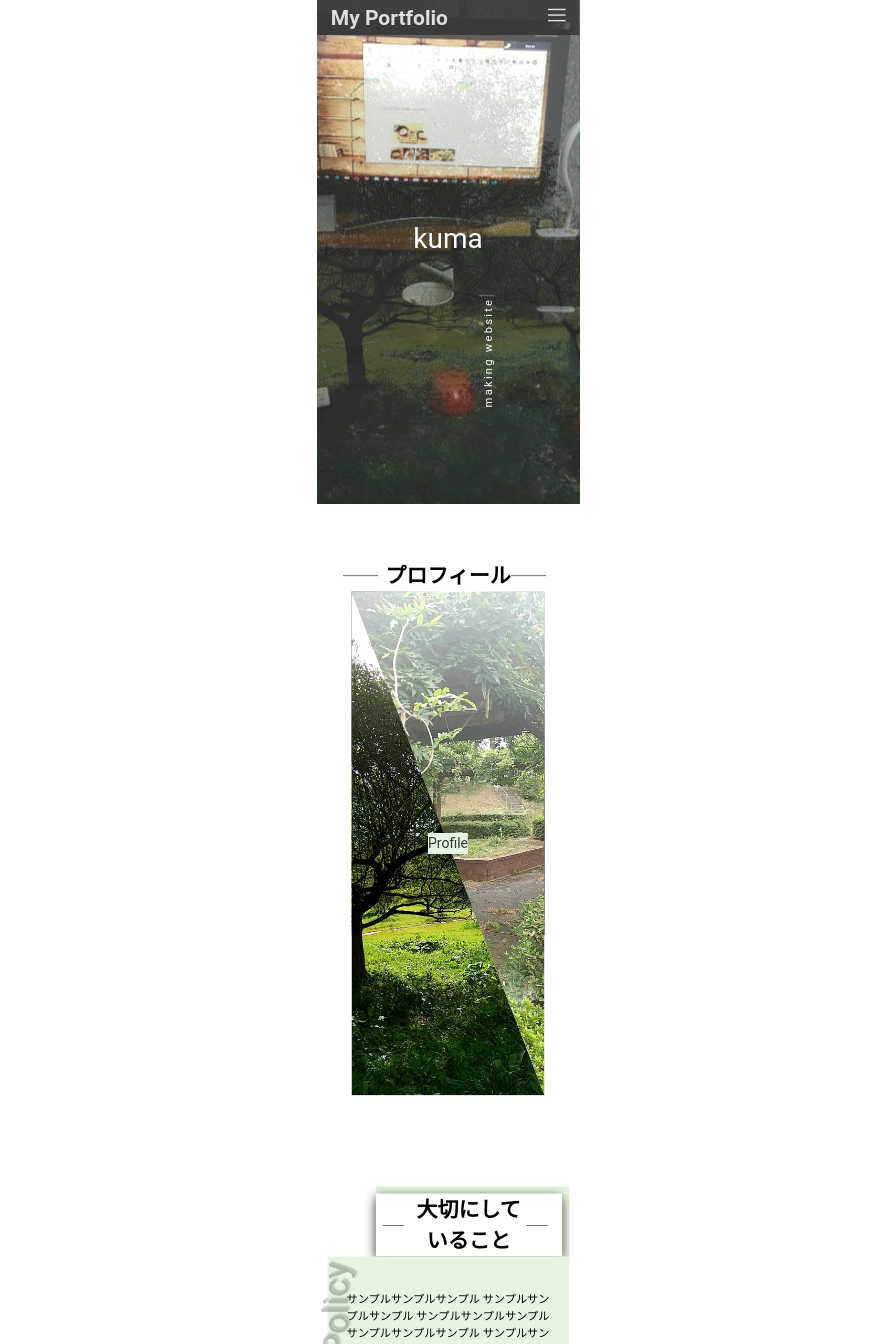
Repository: ppmp556/portfolio6
Page: index copy.html
An editor plug-in stored every save of this project. The page is shown before and after the next save, followed by the edit.
The browser window is 1280 px wide. The pictures show the part of the page from y = 0 to 1920 px (the page is 4073 px tall before and 4564 px after), at 70% of full size.
Some web libraries are served in a nearby version. The style sheet was rebuilt from its Sass, Less or Tailwind sources for each picture, by a compiler version that may differ from the author's.

Above is the page before, as saved 2020-10-26 16:22:51.

### index copy.html
<!DOCTYPE html>
<html ja>
  <head>
    <meta charset="utf-8" />
    <meta
      name="viewport"
      content="width=device-width, initial-scale=1.0, maximum-scale=1.0, minimum-scale=1.0"
    />
    <title>ポートフォリオ</title>
    <link rel="stylesheet" href="css/faundation.css" />
    <link rel="stylesheet" href="css/main.css" />
    <link
      href="https://use.fontawesome.com/releases/v5.6.1/css/all.css"
      rel="stylesheet"
    />
    <script src="https://ajax.googleapis.com/ajax/libs/jquery/3.4.1/jquery.min.js"></script>
  </head>

  <body>
    <div class="container">

      <div class="kv" id="kv_slide">
        <div class="kv_container">
          <img src="images/道.jpg" alt="" class="kv_img">
          <img src="images/仕事場.jpg" alt="" class="kv_img">
          <img src="images/木.jpg" alt="" class="kv_img">



          <!-- <div class="kv_wrapper line"> -->
            <div class="kv_txtbox">

              <p class="kv_ttl">
                kuma
                  <!-- ポートフォリオ<span class="line_type">|</span> -->
              </p><!-- /.kv_animetype -->
              <p class="kv_txt line">making website<span class="line_type">|</span></p><!-- /.kv_txt -->


            <!-- </div> -->
            </div><!-- /.kv_txtbox -->
          <!-- /.kv_wrapper -->
        </div><!-- /.kv_container -->
      </div>
      <!-- /#kv.kv -->

      <header class="header" id="top">
        <div class="header_inner flex">
          <h1 class="header_ttl"><a href="index.html">My Portfolio</a></h1>
          <!-- /.header_ttl -->

          <nav class="nav">
            <!-- ハンバーガーメニュー部分 -->

            <div class="nav_ham" id="nav_toggle">
              <span class="nav_line tg1"></span>
              <span class="nav_line tg2"></span>
              <span class="nav_line tg3"></span>
            </div>
            <!-- ハンバーガーメニューここまで -->

            <ul class="nav_list flex">
              <div class="nav_inner">
                <li class="nav_item">
                  <a href="#Top" class="nav_link">TOP</a>
                </li>
                <!-- /.nav_item -->
                <li class="nav_item">
                  <a href="#about" class="nav_link">Profile</a>
                </li>
                <!-- /.nav_item -->
                <li class="nav_item">
                  <a href="#skill" class="nav_link">Skill</a>
                </li>
                <!-- /.nav_item -->
                <li class="nav_item">
                  <a href="#blog" class="nav_link">Blog</a>
                </li>
                <!-- /.nav_item -->
                <li class="nav_item">
                  <a href="#create" class="nav_link">Create</a>
                </li>
                <!-- /.nav_item -->
              </div><!-- /.nav_inner -->
            </ul>
            <!-- /.nav_list -->
          </nav>
          <!-- /.nav -->
        </div><!-- /.header_inner -->
      </header>
      <!-- /.header -->



      <main class="main_container">
        <div class="inner">

          <section class="about" id="about">
            <h2 class="section_ttl">プロフィール</h2>
            <!-- /.section_ttl -->

            <div class="section_inner">
              <p class="about_txt">
                Lorem ipsum dolor sit amet consectetur adipisicing elit. Accusamus laudantium aperiam quis, voluptates nihil asperiores eaque, eligendi quisquam amet animi perspiciatis ex quia inventore maxime, iusto et magni delectus fugit.
              </p><!-- /.about_txt -->

              <div class="about_clip clip1">
                <div class="about_content">
                  <div class="about_imgbox">
                    <img src="images/アイコン.jpg" alt="" class="about_img">
                    <div class="about_share">
                      <a href="" class="about_share_icon">
                        <i class="fab fa-twitter fa-2x share"></i>
                        <p class="about_sharetxt">Twittreアカウント：ぱぺまぺ</p>
                        <!-- /.about_sharetxt --> </a
                      ><!-- /.about_share_icon -->
                        <br>
                      <!-- <a -->
                        <!-- href="https://twitter.com/share" -->
                        <!-- class="twitter_share_button" -->
                        <!-- data-via="webgaku" -->
                        <!-- data-lang="ja" -->
                        <!-- >ツイート</a -->
                      <!-- > -->
                        <!-- <br> -->
                      <a
                        href="https://twitter.com/ppmp65"
                        class="twitter_follow_button"
                        data-show-count="false"
                        data-lang="ja"
                        >@ppmp65さんをフォロー</a
                      >
                    </div>
                    <!-- /.about_share -->
                  </div>
                  <!-- /.about_imgbox -->
                </div>
                <!-- /.about_content -->
              </div><!-- /.about_clip -->


              <div class="about_clip clip2">
                <div class="about_content __aboutblock">
                  <div class="about_imgbox">
                    <img src="/images/IMG_20190603_225315.jpg" alt="" class="about_img">
                  </div><!-- /.about_imgbox -->
                  <p class="about_txt">
                    はじめまして、福島県を拠点に活動するフリーランスエンジニアの熊田といいます。<br />
                  </p>
                  <!-- /.about_txt -->
                </div>
                <!-- /.about_content -->

              </div><!-- /.about_clip -->
            </div>
            <!-- /.section_inner -->
          </section>
          <!-- /#about.about -->



          <section class="policy" id="policy">
            <div class="section_ttlwrap">
              <h2 class="section_ttl">大切にしていること</h2>
            </div><!-- /.section_ttlwrap -->
            <!-- /.section_ttl -->

            <div class="policy_animebox">
              <div class="policy_anime">
                <p class="policy_txt">
                  <!-- 小さなことからコツコツと毎日やる。<br /> -->
                  <!-- 毎日1mmでもいいから前にすすめる。 -->
                  サンプルサンプルサンプル
                  サンプルサンプルサンプル
                  サンプルサンプルサンプル
                  サンプルサンプルサンプル
                  サンプルサンプルサンプル
                </p>
                <!-- /.policy_txt -->
              </div>
              <!-- /.policy_anime -->
            </div>
            <!-- /.policy_anime -->
          </section>
          <!-- /#policy.policy -->

          <section class="skill" id="skill">
            <div class="scroll_fade_row">
              <h2 class="section_ttl">できること</h2>
              <!-- /.section_ttl -->

              <div class="skill_box">
                <div class="skill_content">


                  <!-- <div class="slide_btn prev"> -->
                    <!-- <i class="fas fa-chevron-circle-left"></i> -->
                  <!-- </div> -->
                  <!-- /.slide_btn -->

                  <div class="skill_inner">
                    <div class="skill_inbox slide active">
                      <i class="skillIcon fas fa-pen"></i>
                      <p class="skill_inboxttl">執筆</p>
                      <!-- /.skill_inboxttl -->
                      <p class="skill_txt">
                        文章を考えるのが好きです<br />
                        ブログ執筆で毎日1000～2000文字程度<br />
                        書いています。<br />
                        ブログは毎日1日1記事更新。
                      </p>
                      <!-- /.skill_txt -->
                    </div>
                    <!-- /.skill_inbox -->

                    <div class="skill_inbox slide active">
                      <i class="fab fa-html5"></i>
                      <i class="fab fa-css3"></i>
                      <i class="fab fa-sass"></i>
                      <p class="skill_inboxttl">コーディング</p>
                      <!-- /.skill_inboxttl -->
                      <p class="skill_txt">
                        独学とプログラミングスクール併用<br />
                        全くの知識ゼロから始めました。<br />
                      </p>
                      <!-- /.skill_txt -->
                    </div>
                    <!-- /.skill_inbox -->

                    <div class="skill_inbox slide active">
                      <i class="fab fa-js"></i>
                      <p class="skill_inboxttl">コーディング</p>
                      <!-- /.skill_inboxttl -->
                      <p class="skill_txt">
                        独学とプログラミングスクール併用<br />
                        全くの知識ゼロから始めました。<br />
                      </p>
                      <!-- /.skill_txt -->
                    </div>
                    <!-- /.skill_inbox -->

                    <div class="skill_inbox slide active">
                      <i class="fab fa-wordpress"></i>
                      <p class="skill_inboxttl">コーディング</p>
                      <!-- /.skill_inboxttl -->
                      <p class="skill_txt">
                        独学とプログラミングスクール併用<br />
                        全くの知識ゼロから始めました。<br />
                      </p>
                      <!-- /.skill_txt -->
                    </div>
                    <!-- /.skill_inbox -->



                    <div class="skill_inbox slide active">
                      <i class="skillIcon fas fa-cog"></i>
                      <p class="skill_inboxttl">執筆</p>
                      <!-- /.skill_inboxttl -->
                      <p class="skill_txt">
                        文章を考えるのが好きです<br />
                        ブログ執筆で毎日1000～2000文字程度<br />
                        書いています。<br />
                        ブログは毎日1日1記事更新。
                      </p>
                      <!-- /.skill_txt -->
                    </div>
                    <!-- /.skill_inbox -->
                  </div>
                  <!-- /.skill_inner -->
                </div>
                <!-- /.skill_content -->
              </div>
              <!-- /.skill_box -->
            </div>
            <!-- /.scroll_fade_row -->
          </section>
          <!-- /#skill.skill -->



          <section class="blog" id="blog">
            <div class="scroll_fade_row">
              <div class="section_ttlwrap">
                <h2 class="section_ttl">ブログ</h2>
                <!-- /.section_ttl -->
              </div><!-- /.section_ttlwrap -->

              <div class="section_inner">
                <h3 class="blog_txt">ぱぺまぺの低年収者のための資産運用計画</h3>
                <!-- /.blog_txt -->

                <div class="blog_imgbox">
                  <a href="https://ppmp556.com"
                    >https://ppmp556.com
                    <img
                      class="blogImg"
                      src="images/invest01.png"
                      alt="ブログ1"
                    />
                  </a>
                </div>
                <!-- /.blog_imgbox -->

                <div class="blog_txtbox">
                  <p class="blog_txt">
                    投資ブログです。<br />
                    資金が少なくてもできる投資や、<br />
                    初心者向けの投資、投資についての考え方や<br />
                    ヒントなどを発信しています。（1日1記事更新）
                  </p>
                  <!-- /.blog_txt -->
                </div>
                <!-- /.blog_txtbox -->
              </div>
              <!-- /.section_inner -->
            </div>
            <!-- /.scroll_fade_row -->
          </section>
          <!-- /#blog.blog -->



          <section class="create" id="create">
            <div class="scroll_fade_row">
              <div class="section_ttlwrap">
                <h2 class="section_ttl">制作物</h2>
                <!-- /.section_ttl -->
              </div><!-- /.section_ttlwrap -->
              <div class="section_inner">

                <figure class="create_imgbox">
                  <img src="images/Screenshot_2020-05-28 模写.png" alt="" class="create_img">
                  <figcaption class="create_txtbox">
                    <p class="create_txt">Light Up (ランディングページ)</p>
                    <p class="create_txt">模写サイト(デザインカンプ)</p>
                    <p class="create_txt">html / css / AdobeXd</p>
                    <p class="create_txt">非レスポンシブ</p>
                  </figcaption>
                  <!-- /.create_ttl -->

                  <!-- アコーディオンメニュー実装する -->
                </figure>
                <!-- /.create_imgbox -->
              </div>
              <!-- /.section_inner -->
            </div>
            <!-- /.scroll_fade_row -->
          </section>
          <!-- /#create.create -->
        </div>
        <!-- /.inner -->
      </main>

      <footer class="footer">
        <ul class="footer_list">
          <li class="footer_nav">
            <a href="" class="footer_link"></a>
          </li>
          <!-- /.footer_nav -->
          <li class="footer_nav">
            <a href="" class="footer_link"></a>
          </li>
          <!-- /.footer_nav -->
          <li class="footer_nav">
            <a href="" class="footer_link"></a>
          </li>
          <!-- /.footer_nav -->
          <li class="footer_nav">
            <a href="" class="footer_link"></a>
          </li>
          <!-- /.footer_nav -->
          <li class="footer_nav">
            <a href="" class="footer_link"></a>
          </li>
          <!-- /.footer_nav -->
        </ul>
        <!-- /.footer_list -->

        <div class="footer_copy">
          <small class="footer_txt">@ copyright</small
          ><!-- /.footer_txt -->
        </div>
        <!-- /.footer_copy -->
      </footer>
      <!-- /.footer -->
    </div>
    <!-- /.container -->

    <!-- <btn id="page-top"><a href="#top">PAGE TOP</a></btn> -->
    <script src="https://code.jquery.com/jquery-3.4.1.js"></script>
    <script src="main.js"></script>
  </body>
</html>

### css/faundation.css
/*
html5doctor.com Reset Stylesheet
v1.6.1
Last Updated: 2010-09-17
Author: Richard Clark - http://richclarkdesign.com
Twitter: @rich_clark
*/

html,
body,
div,
span,
object,
iframe,
h1,
h2,
h3,
h4,
h5,
h6,
p,
blockquote,
pre,
abbr,
address,
cite,
code,
del,
dfn,
em,
img,
ins,
kbd,
q,
samp,
small,
strong,
sub,
sup,
var,
b,
i,
dl,
dt,
dd,
ol,
ul,
li,
fieldset,
form,
label,
legend,
table,
caption,
tbody,
tfoot,
thead,
tr,
th,
td,
article,
aside,
canvas,
details,
figcaption,
figure,
footer,
header,
hgroup,
menu,
nav,
section,
summary,
time,
mark,
audio,
video {
  margin: 0;
  padding: 0;
  border: 0;
  outline: 0;
  font-size: 100%;
  vertical-align: baseline;
  background: transparent;
}

body {
  line-height: 1.5;
}

article,
aside,
details,
figcaption,
figure,
footer,
header,
hgroup,
menu,
nav,
section {
  display: block;
}

nav ul {
  list-style: none;
}

table {
  border-collapse: collapse;
  border-spacing: 0;
}


a {
  color: inherit;
  text-decoration: none;
}


img {
  width: 100%;

  /*画像がはみでるのを防ぐ　max-width*/
  max-width: 100%;
  height: auto;

  vertical-align: bottom;
}

/* h1,h2,h3,h4,h5,h6 { */
/* font-weight: bold; */
/* } */

Loaded but not shown: main.js (227 lines, source omitted); css/main.scss (1044 lines, source omitted)

After the next save:
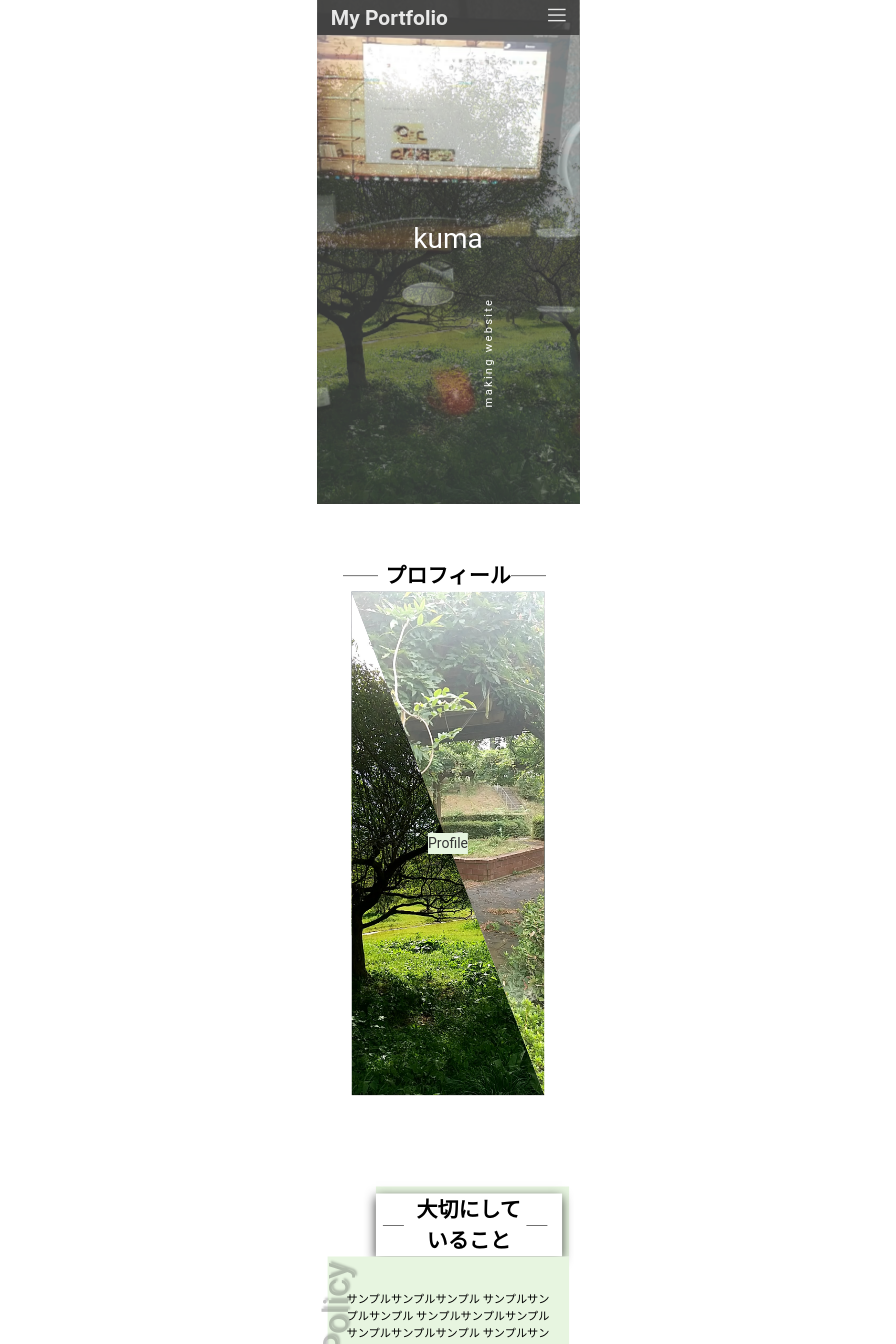
Saved 119 s later.
--- a/index copy.html
+++ b/index copy.html
@@ -338,10 +338,34 @@
                     <p class="create_txt">非レスポンシブ</p>
                   </figcaption>
                   <!-- /.create_ttl -->
-
-                  <!-- アコーディオンメニュー実装する -->
                 </figure>
                 <!-- /.create_imgbox -->
+
+                <figure class="create_imgbox">
+                  <img src="images/Screenshot_2020-05-28 模写.png" alt="" class="create_img">
+                  <figcaption class="create_txtbox">
+                    <p class="create_txt">Light Up (ランディングページ)</p>
+                    <p class="create_txt">模写サイト(デザインカンプ)</p>
+                    <p class="create_txt">html / css / AdobeXd</p>
+                    <p class="create_txt">非レスポンシブ</p>
+                  </figcaption>
+                  <!-- /.create_ttl -->
+                </figure>
+                <!-- /.create_imgbox -->
+
+                <figure class="create_imgbox">
+                  <img src="images/Screenshot_2020-05-28 模写.png" alt="" class="create_img">
+                  <figcaption class="create_txtbox">
+                    <p class="create_txt">ポートフォリオ</p>
+                    <p class="create_txt">このサイト</p>
+                    <p class="create_txt">html / css / Sass/ JS / jQuery / AdobeXd</p>
+                    <p class="create_txt">レスポンシブ</p>
+                  </figcaption>
+                  <!-- /.create_ttl -->
+                </figure>
+                <!-- /.create_imgbox -->
+
+
               </div>
               <!-- /.section_inner -->
             </div>
